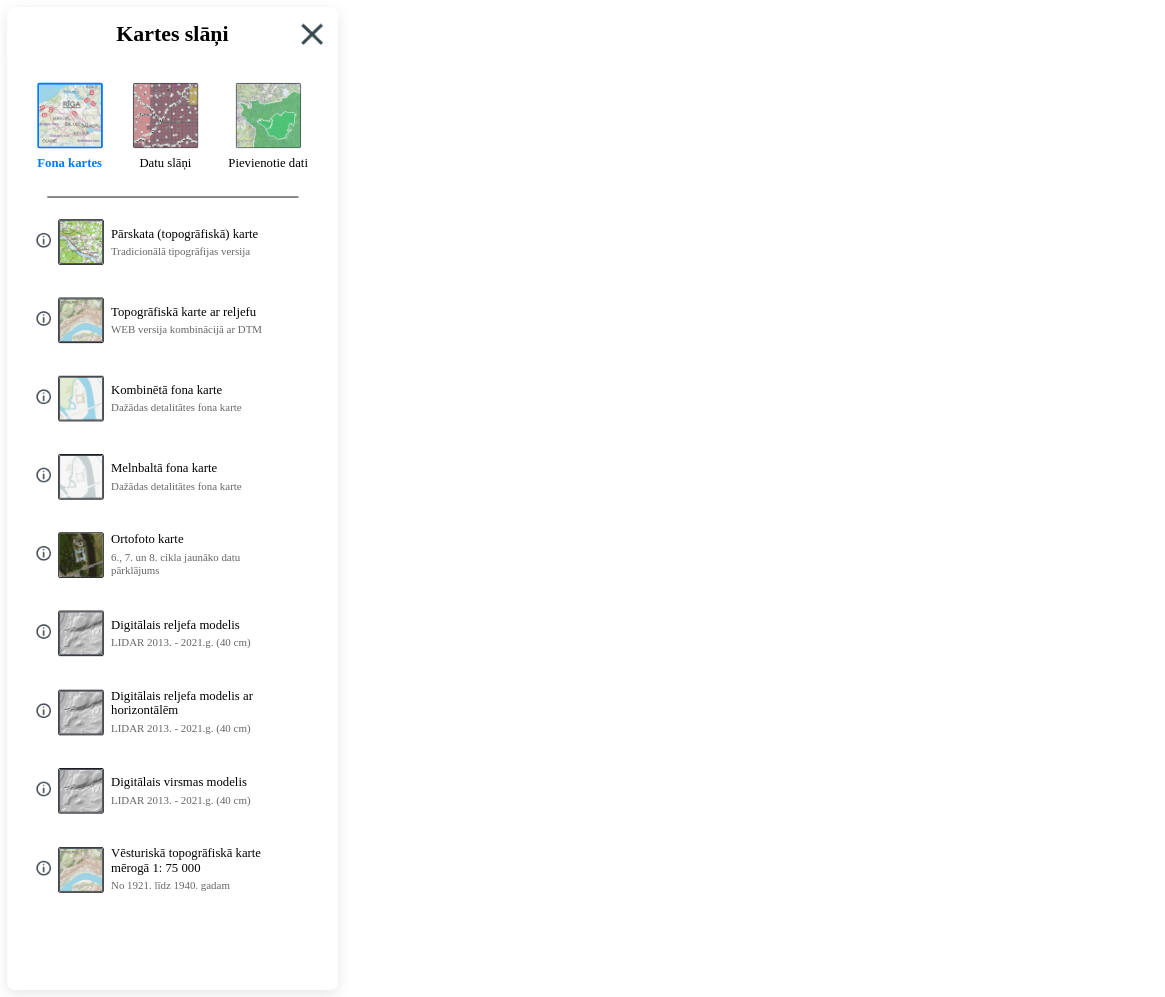
Repository: Kringelis/KP_kar-usl-i
Page: /
An editor plug-in stored every save of this project. The page is shown before and after the next save, followed by the edit.
The browser window is 1280 px wide. The pictures show the whole page, at 91% of full size.
The project was rebuilt for these pictures with package versions that can differ from the ones it lists, and the page was loaded fresh each time. Also part of the build but not shown: src/components/DatuSlani.scss, src/components/DatuSlani.jsx, src/components/PievienotieDati.scss, src/components/PievienotieDati.jsx, src/App.scss.

Above is the page before, as saved 2024-06-10 11:24:10.

After the next save:
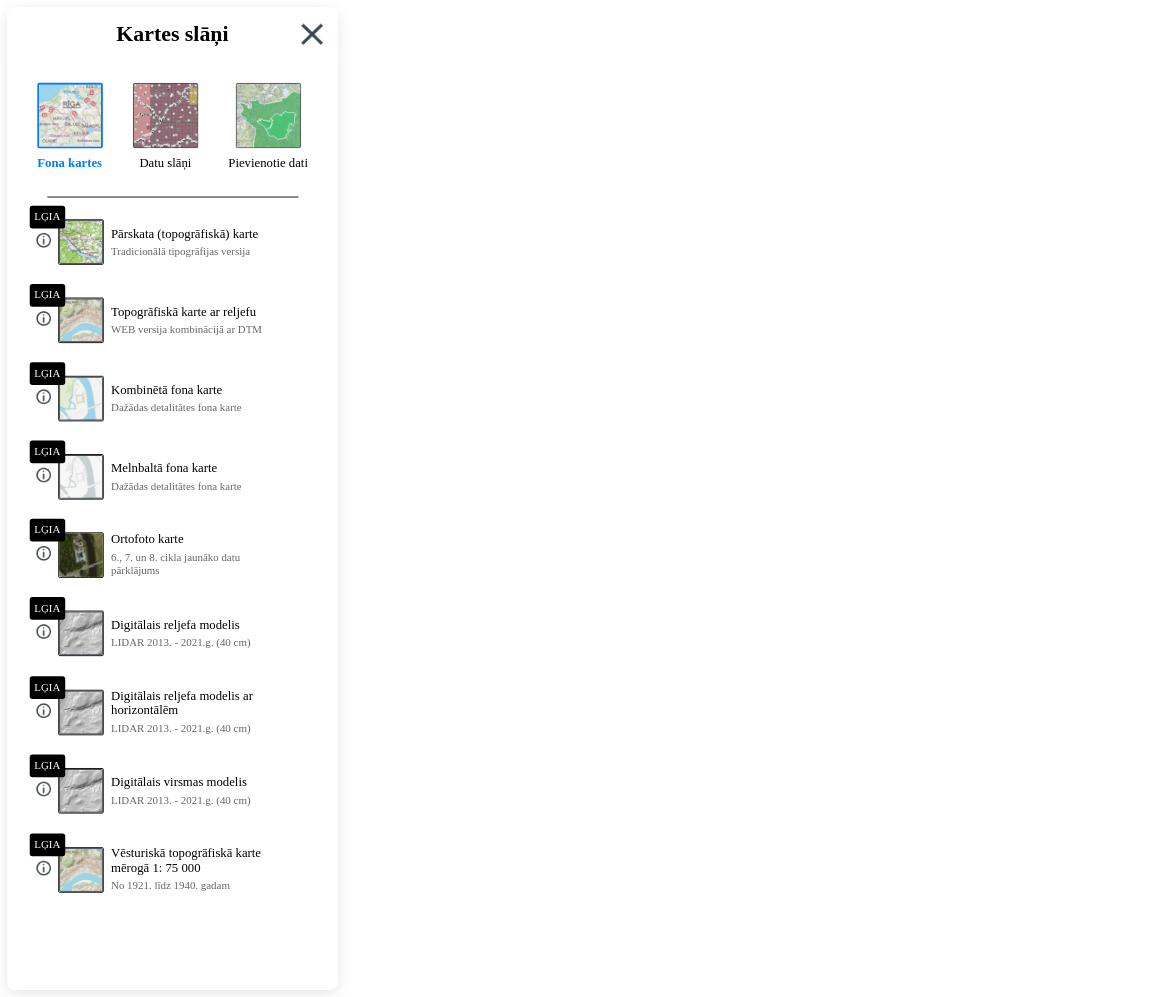
Saved 2 min 17 s later.
--- a/src/components/FonaKartes.jsx
+++ b/src/components/FonaKartes.jsx
@@ -14,7 +14,6 @@ import nine from "./Rectangle 4(8).png";
 const FonaKartes = () => {
   const [activeItem, setActiveItem] = useState(null);
   const [sliderValues, setSliderValues] = useState({});
-  const [tooltipVisible, setTooltipVisible] = useState({});
 
   const items = [
     {
@@ -90,19 +89,6 @@ const FonaKartes = () => {
     }));
   };
 
-  const handleCopyClick = (id) => {
-    setTooltipVisible((prevValues) => ({
-      ...prevValues,
-      [id]: !prevValues[id],
-    }));
-    setTimeout(() => {
-      setTooltipVisible((prevValues) => ({
-        ...prevValues,
-        [id]: false,
-      }));
-    }, 2000); // Hide tooltip after 2 seconds
-  };
-
   return (
     <div className="fona-kartes">
       {items.map((item) => (
@@ -118,12 +104,9 @@ const FonaKartes = () => {
               src={copy}
               alt="info"
               className="info-icon"
-              onClick={(e) => {
-                e.stopPropagation();
-                handleCopyClick(item.id);
-              }}
+              onClick={(e) => e.stopPropagation()}
             />
-            {tooltipVisible[item.id] && <div className="tooltip">LĢIA</div>}
+            <div className="tooltip">LĢIA</div>
           </div>
           <div className="item-square">
             <img src={item.image} alt={`Kartes ikona`} />

After the save that followed:
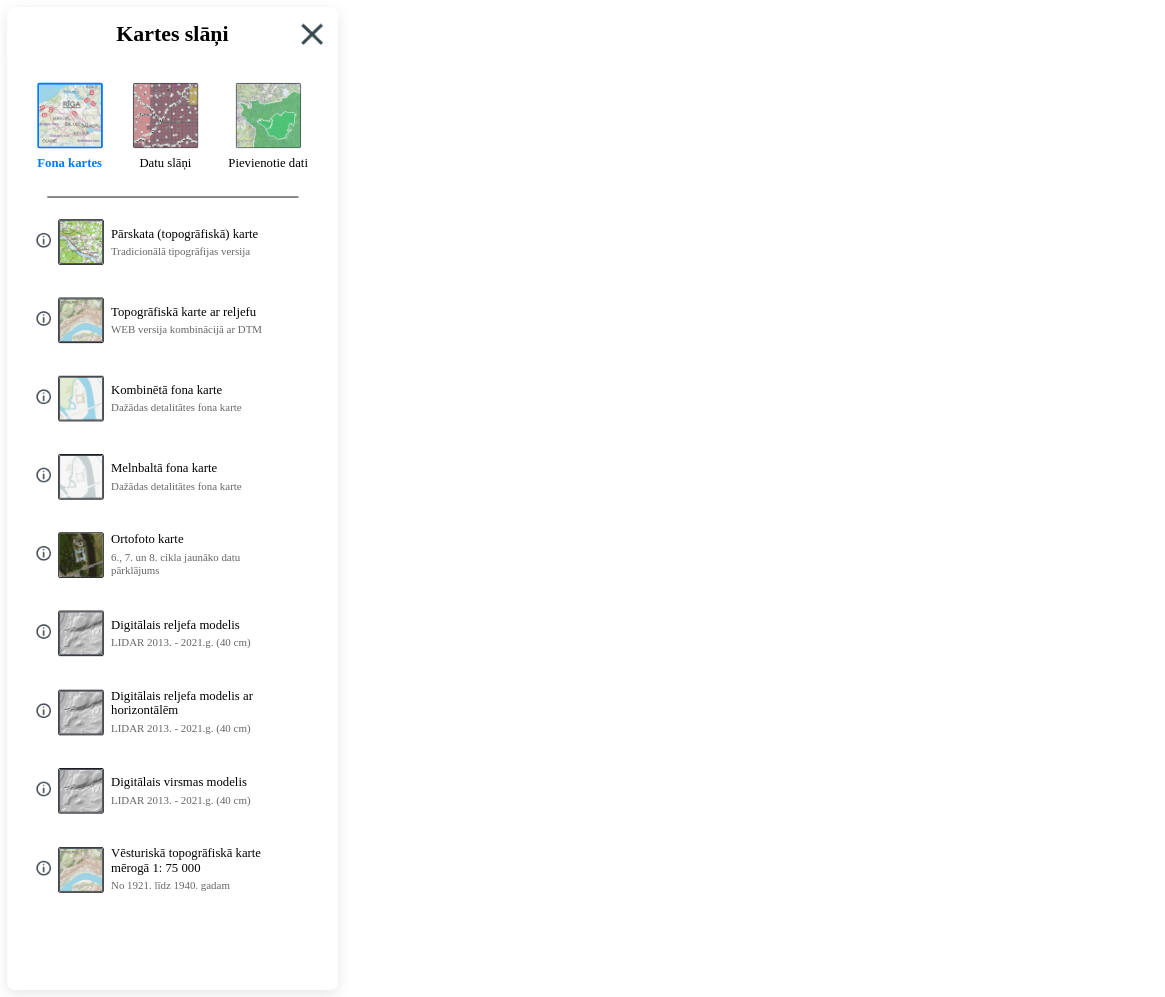
Saved 26 s later.
--- a/src/components/FonaKartes.scss
+++ b/src/components/FonaKartes.scss
@@ -41,9 +41,11 @@
     }
     .icon-container {
       position: relative;
+      display: inline-block;
     }
 
     .tooltip {
+      visibility: hidden;
       position: absolute;
       top: -30px;
       left: 50%;
@@ -55,6 +57,13 @@
       font-size: 12px;
       white-space: nowrap;
       z-index: 1;
+      opacity: 0;
+      transition: opacity 0.3s;
+    }
+
+    .icon-container:hover .tooltip {
+      visibility: visible;
+      opacity: 1;
     }
 
     .item-square {
